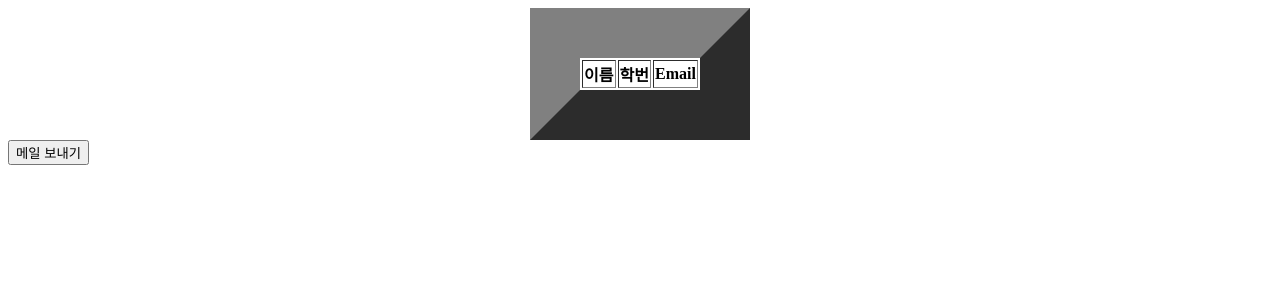
Repository: jungmintaeng/mini-ucampus
Page: http://localhost/ucam/stInfo.jsp
An editor plug-in stored every save of this project. The page is shown before and after the next save, followed by the edit.
The browser window is 1280 px wide. The pictures show the whole page.
The page is served by Tomcat 9. Other server files are loaded and not shown. Queries for data that is not in the repository find no rows.

Above is the page before, as saved 2016-06-13 10:03:52.

### ucam/WebContent/stInfo.jsp
<%@ page language="java" contentType="text/html; charset=EUC-KR"
    pageEncoding="EUC-KR"%>
    <%@ page import = "java.sql.*" %>
<%@ page import = "java.io.*" %>
<!DOCTYPE html PUBLIC "-//W3C//DTD HTML 4.01 Transitional//EN" "http://www.w3.org/TR/html4/loose.dtd">
<html>
<head>
<meta http-equiv="Content-Type" content="text/html; charset=EUC-KR">
<title>수강생 정보 보기</title>
</head>
<body>
<%!
Connection con = null;
Statement st = null;
ResultSet rs = null;
FileOutputStream fos = null;
File file;
byte[] buffer;
String courseNum;
Blob blob;
%>
<%
	courseNum = request.getParameter("coursenum");
	try
	{
		Class.forName("com.mysql.jdbc.Driver");
		con = DriverManager.getConnection("jdbc:mysql://localhost/ucampus", "root", "1234");
	}
	catch(SQLException ex)
	{
		out.println("connect err");
	}
	if(con == null)
		out.println("Mang.....");

	try
	{
	st = con.createStatement();
	rs = st.executeQuery("select U.Name, U.ID, U.Email from user U, belonged_course B "+
			"where U.ID = B.ID AND U.Is_student = 1 AND B.Course_num = " + courseNum);
	}
	catch(SQLException ex)
	{
		out.println("<script>alert('sql err...');</script>");
	}
	catch(Exception ex)
	{
		out.println("<script>alert('what?...');</script>");
	}
	%>
	<form action="MainStudent.jsp">
		<table summary="게시판 목록" border=50 align="center">
			<thead>
				<tr>
					<th>이름</th>
					<th>학번</th>
					<th>Email</th>

				</tr>
			</thead>
			<tbody>
				<%

				String userName;
				String userID;
				String userEmail;
				while(rs.next())
				{
					userName = rs.getString(1);
					userID = rs.getString(2);
					userEmail = rs.getString(3);
					out.println("<tr><td>" + userName + "</td><td>"+ userID +"</td><td>"+ userEmail +"</td> </tr>");
				}
				%>
			</tbody>
		</table>
		<form action="Mail.html">
		<input type="submit" value="메일 보내기">
		</form>
</body>
</html>

After the next save:
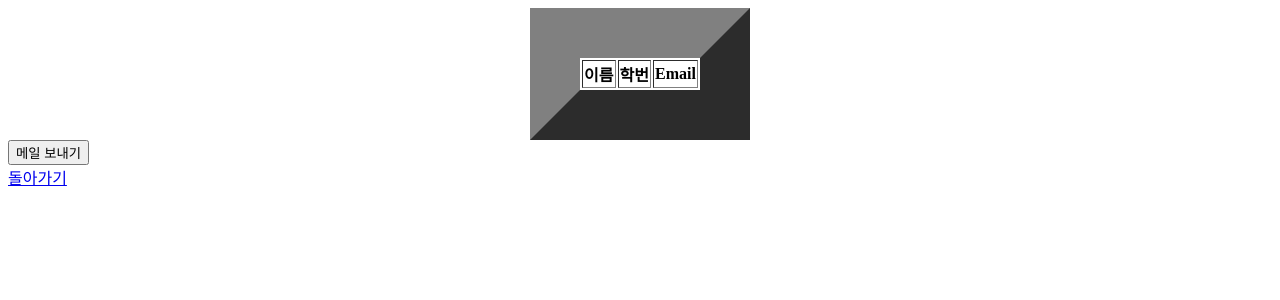
Saved 31 s later.
--- a/ucam/WebContent/stInfo.jsp
+++ b/ucam/WebContent/stInfo.jsp
@@ -77,5 +77,7 @@ Blob blob;
 		<form action="Mail.html">
 		<input type="submit" value="메일 보내기">
 		</form>
+
+		<a href="javascript:history.go(-1)">돌아가기</a>
 </body>
 </html>
